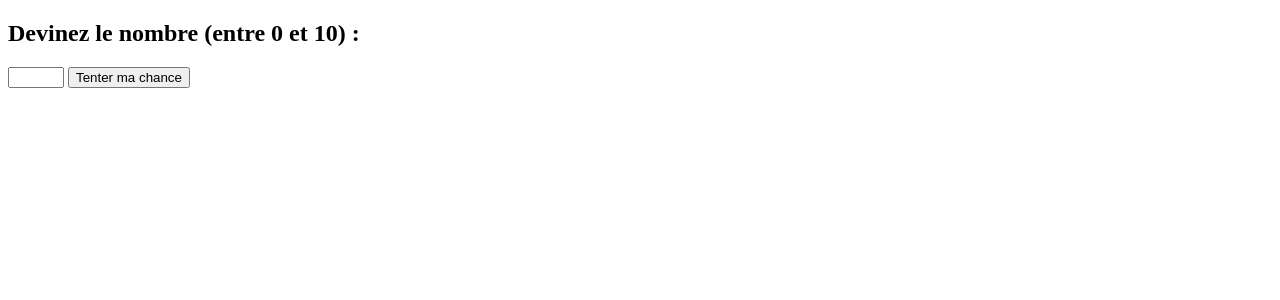
Repository: nadegekarim/Connexionbasejava
Page: TPRechercherNombre/src/main/webapp/index.html
An editor plug-in stored every save of this project. The page is shown before and after the next save, followed by the edit.
The browser window is 1280 px wide. The pictures show the whole page.

Above is the page before, as saved 2025-01-30 13:59:26.

After the next save:
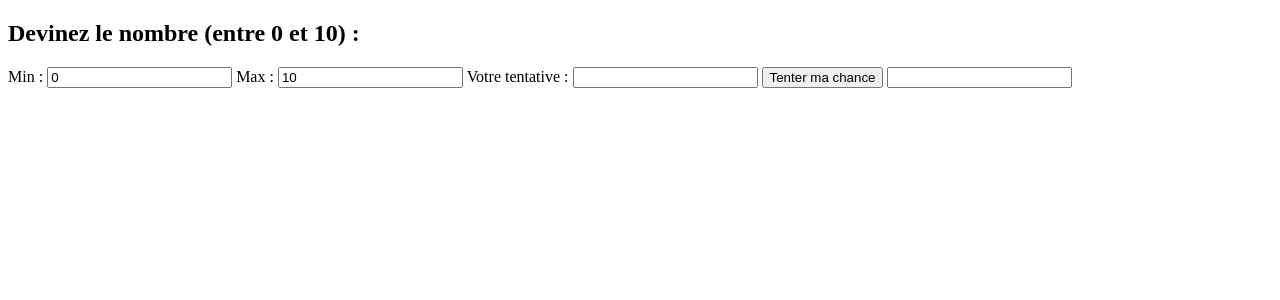
Saved 12 min 17 s later.
--- a/TPRechercherNombre/src/main/webapp/index.html
+++ b/TPRechercherNombre/src/main/webapp/index.html
@@ -5,10 +5,25 @@
 <title>Devinez le nombre</title>
 </head>
 <body>
-   <h2>Devinez le nombre (entre 0 et 10) :</h2>
+
+<!--<h2>Devinez le nombre (entre 0 et 10) :</h2>
    <form action="ServletGame" method="POST">
     <input type="number" name="invite" min="0" max="10" required>
     <input type="submit" value="Tenter ma chance">
    </form>
+     -->
+   <h2>Devinez le nombre (entre 0 et 10) :</h2>
+   <form action="ServletGame" method="POST">
+   <label>Min : </label>
+    <input type="number" name="min" Value="0" required>
+    <label>Max : </label>
+    <input type="number" name="max" Value="10" required>
+    <label>Votre tentative :  </label>
+    <input type="number" name="invite" required>
+    <input type="submit" value="Tenter ma chance">
+
+    <input type="number">
+   </form>
+
 </body>
 </html>
